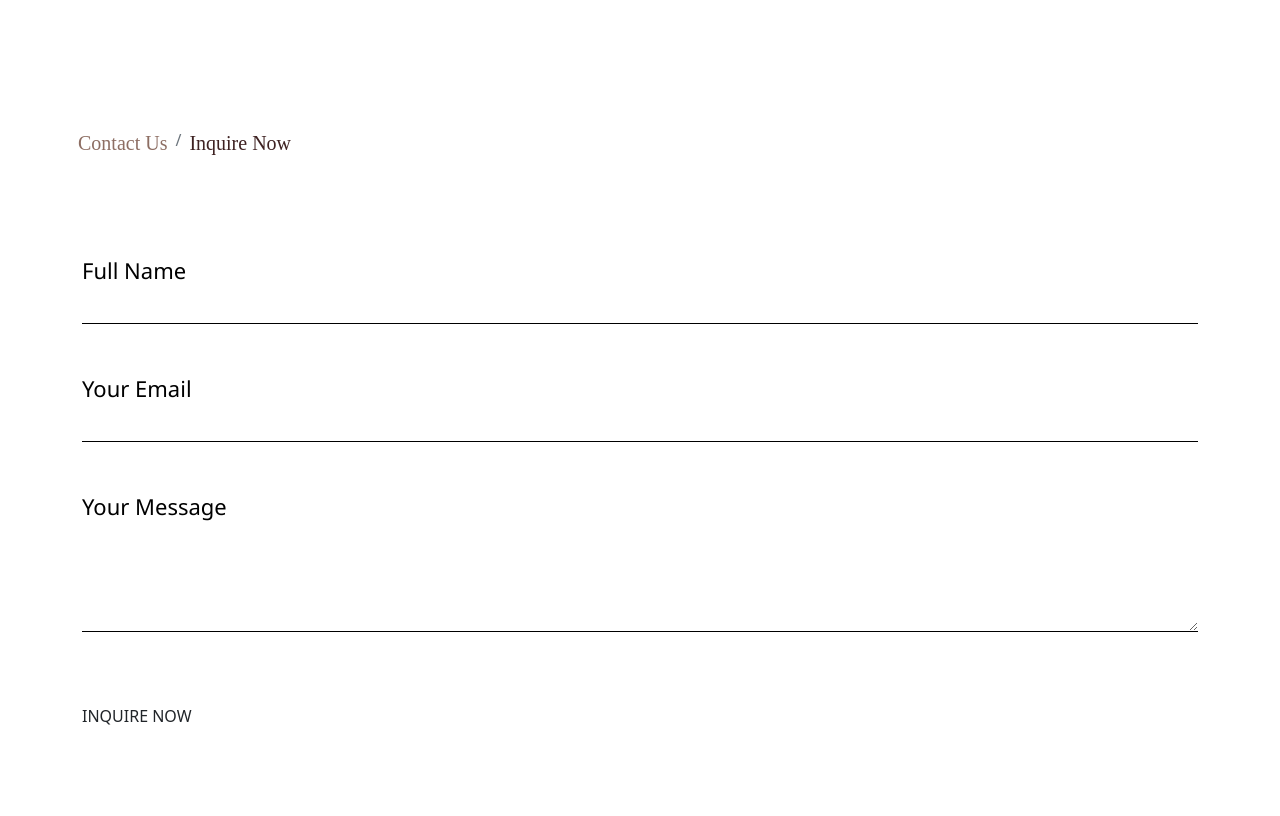
Repository: kaushalyaweerakoon/Plantation-Villa
Page: contact-us.html
These files come from the project's save history. The page is drawn as it stood at one moment and after the next save; the edit follows.
The browser window is 1280 px wide. The pictures show the part of the page from y = 1313 to 2129 px (the page is 2129 px tall before and 2033 px after).
Some web fonts or font styles are not loaded; a fallback is used.

Above is the page before, as saved 2022-08-15 16:20:18.
Not found: assets/js/main.js

### contact-us.html
<!doctype html>
<html lang="en">

<head>
    <meta charset="utf-8">
    <meta name="viewport" content="width=device-width, initial-scale=1">

    <title>Plantation Villa| News Inner</title>

    <!-- Bootstrap css -->
    <link href="https://cdn.jsdelivr.net/npm/bootstrap@5.2.0-beta1/dist/css/bootstrap.min.css" rel="stylesheet"
        integrity="sha384-0evHe/X+R7YkIZDRvuzKMRqM+OrBnVFBL6DOitfPri4tjfHxaWutUpFmBp4vmVor" crossorigin="anonymous">

    <!-- fonts -->
    <link href="http://fonts.cdnfonts.com/css/segoe-ui-4" rel="stylesheet">
    <link rel="preconnect" href="https://fonts.googleapis.com">
    <link rel="preconnect" href="https://fonts.gstatic.com" crossorigin>

    <!-- swiperJS -->
    <link rel="stylesheet" href="https://unpkg.com/swiper@8/swiper-bundle.min.css" />

    <!-- custom css -->
    <link rel="stylesheet" href="asserts/css/main.css">

</head>


<!-- Section 2-->
<section class="container mt-md-4 mt-3 mb-5 pb-4">
    <p class="title pt-3">CONTACT US</p>

    <div class="text-center" id="">
        <p class="text">
            Lorem ipsum dolor sit amet, consectetur adipiscing elit. Cras cursus velit eu efficitur ultricies. Ut
            interdum et ipsum quis mattis. Sed bibendum arcu non sodales euismod. Proin ac metus quis ligula tempus
            commodo id a nunc.
        </p>
    </div>
</section>

<div class="container pb-4">
    <!-- Breadcrumb -->
    <nav aria-label="" class="mt-5 mb-4 ">
        <ol class="breadcrumb">
            <li class="breadcrumb-item"><a href="" class="breadcrumb-text fs-13-px text-font-family">Contact
                    Us </a>
            <li class="breadcrumb-item"><a href="" aria-current="page"
                    class="breadcrumb-text active fs-13-px text-font-family">Get In Touch</a>
            </li>
        </ol>
    </nav>
    <!--/ Breadcrumb -->

    <div class="row gy-3 gx-4">
        <div class="col-md-4 col-xl-2 pe-xl-5">

            <div class="col-xl-12 pb-5">
                <p class="country-text">Sri Lanka</p>
                <p class="">Wattalaya Watta,<br>
                    Nehinna, Dodangoda,<br>
                    Kalutara, Sri Lanka</p>
                <ul class="list-unstyled">
                    <li><a class="mb-3 lh-lg text-dark text-decoration-none"
                            href="reservations@srimal.com">reservations@srimal.com</a>
                    </li>
                    <li><a class="text-dark text-decoration-none" href="tel:++090123456789">+090123456789</a></li>
                </ul>
            </div>
        </div>

        <div class="col-md-4 col-xl-2 pe-xl-5">
        </div>

        <div class="col-md-4 col-xl-2 pe-xl-5">
            <div class="col-xl-12 pb-5">
                <p class="country-text">UK</p>
                <p class="">Wattalaya Watta,<br>
                    Nehinna, Dodangoda,<br>
                    Kalutara, Sri Lanka</p>
                <ul class="list-unstyled">
                    <li><a class="mb-3 lh-lg text-dark text-decoration-none"
                            href="reservations@srimal.com">reservations@srimal.com</a>
                    </li>
                    <li><a class="text-dark text-decoration-none" href="tel:++090123456789">+090123456789</a></li>
                </ul>
            </div>

        </div>
    </div>
</div>


<!-- map section-->
<section class="container mt-md-4 mt-3 mb-5 pb-4">

    <div class="ratio" style="--bs-aspect-ratio: 50%;">
        <iframe
            src="https://www.google.com/maps/embed?pb=!1m14!1m8!1m3!1d52824.16461165647!2d80.37247646048803!3d7.61515466786648!3m2!1i1024!2i768!4f13.1!3m3!1m2!1s0x3ae333391ecc0a0d%3A0x8a95434c984a12bf!2sARALIYA%20HOTEL!5e0!3m2!1sen!2slk!4v1660547131912!5m2!1sen!2slk"
            width="600" height="450" style="border:0;" allowfullscreen="" loading="lazy"
            referrerpolicy="no-referrer-when-downgrade"></iframe>
    </div>
</section>
<!-- map section -->

<!-- Breadcrumb -->
<div class="container pb-4 p-2">
    <nav aria-label="" class="mt-5 mb-4 ">
        <ol class="breadcrumb">
            <li class="breadcrumb-item"><a href="" class="breadcrumb-text fs-13-px text-font-family">Contact
                    Us </a>
            <li class="breadcrumb-item"><a href="" aria-current="page"
                    class="breadcrumb-text active fs-13-px text-font-family">Inquire Now</a>
            </li>
        </ol>
    </nav>
</div>
<!--/ Breadcrumb -->
<section>
    <div class="container pb-4">
        <nav aria-label="" class="mt-5 mb-4 ">
            <div id="contact-us">
                <form>
                    <!-- <div class=""> -->
                    <div class="">
                        <label for="fullname" class="text">Full Name</label>
                        <input type="text" class="form-control" id="fullname" aria-describedby="emailHelp">
                    </div>
                    <div class="">
                        <div class="d-flex justify-content-between align-items-center">
                            <label for="emailaddress" class="mt-5 text">Your Email </label>
                        </div>
                        <input type="email" class="form-control" id="emailaddress" aria-describedby="emailHelp">
                    </div>

                    <div class="">
                        <label for="comment" class="mt-5 mb-lg-5 text">Your Message</label>
                        <textarea class="form-control h-auto" id="comment"></textarea>
                    </div>
                    <!-- </div> -->
                </form>
            </div>
        </nav>
    </div>
</section>

<section class="container mt-md-4 mt-3 mb-5 pb-4">
    <p class="">INQUIRE NOW</p>
    </div>
</section>



<!-- bootstrap -->
<script src="https://cdn.jsdelivr.net/npm/bootstrap@5.2.0-beta1/dist/js/bootstrap.bundle.min.js"
    integrity="sha384-pprn3073KE6tl6bjs2QrFaJGz5/SUsLqktiwsUTF55Jfv3qYSDhgCecCxMW52nD2"
    crossorigin="anonymous"></script>

<!-- swiperJS -->
<script src="https://unpkg.com/swiper@8/swiper-bundle.min.js"></script>

<!-- custom script -->
<script src="assets/js/main.js"></script>


</body>

</html>

### asserts/css/main.css
/* Call the root */
:root {
  --Lora-font: 'Lora';
  --Segoe-font: 'Segoe UI';

  --font-size-14px: 18px;
  --font-size-20px: 20px;
  --font-size-22px: 22px;
  --font-size-25px: 25px;
  --font-size-30px: 30px;
  --font-size-35px: 35px;
  --font-size-40px: 40px;

  --font-color-8d6e63: #8d6e63;
  --font-color-3e2222: #3e2222;
  --bggreen: #7d824a;
  --co-white: #ffffff;
}

/* Create clases for fronts */
.Lora-ff {
  font-family: var(--Lora-font);
}

.Segoe-ff {
  font-family: var(--Segoe-font);
}

/* Create clases for front sizes*/
.fs-18-px {
  font-size: var(--font-size-18px)
}

.fs-20-px {
  font-size: var(--font-size-20px)
}

.fs-22-px {
  font-size: var(--font-size-22px)
}

.fs-25-px {
  font-size: var(--font-size-22px)
}

.fs-30-px {
  font-size: var(--font-size-30px)
}

.fs-35-px {
  font-size: var(--font-size-35px)
}

.fs-40-px {
  font-size: var(--font-size-40px)
}

/* Color */
.txt-purple {
  color: var(--font-color-8d6e63)
}

.txt-red {
  color: var(--font-color-3e2222)
}

/* news inner */

/* Breadcrumb */
.breadcrumb-text {
  font-family: var(--Lora-font);
  text-decoration: none;
  color: var(--font-color-8d6e63);
  font-weight: normal;
  font-size: var(--font-size-20px);
}

.breadcrumb-text.active {
  color: var(--font-color-3e2222);
  text-decoration: none;
  font-weight: normal;
}

.breadcrumb-text:hover {
  font-family: var(--Lora-font);
  font-size: var(--font-size-35px);
  color: var(--font-color-8d6e63);
  text-decoration: none;
}

/* -- */

.newsinner-date {
  color: var(--font-color-8d6e63);
  font-family: var(--Segoe-font);
  font-size: var(--font-size-20px);
}

.newsinner-head {
  color: var(--font-color-3e2222);
  font-family: var(--Lora-font);
  font-size: 45px;
  font-weight: normal;
}

/* Heading */

.title {
  font-size: var(--font-size-30px);
  font-family: var(--Segoe-font);
  color: var(--font-color-8d6e63);
  text-align: center;
  margin-bottom: clamp(40px, 5vw, 71px);
}
.text{
  font-size: var(--font-size-22px);
  font-family: var(--Segoe-font);
  color: #000;
}

/* contact us */
.country-text {
  font-family: var(--Lora-font)!important;
  color: var(--font-color-3e2222);
  font-weight: normal;
  font-size: var(--font-size-30px);
}

form .form-control {
  border: 0;
  border-bottom: 1px solid black;
  border-radius: 0;
}

.form-control:focus {
  box-shadow: none;
  border-color: var(--bggreen);
}

After the next save:
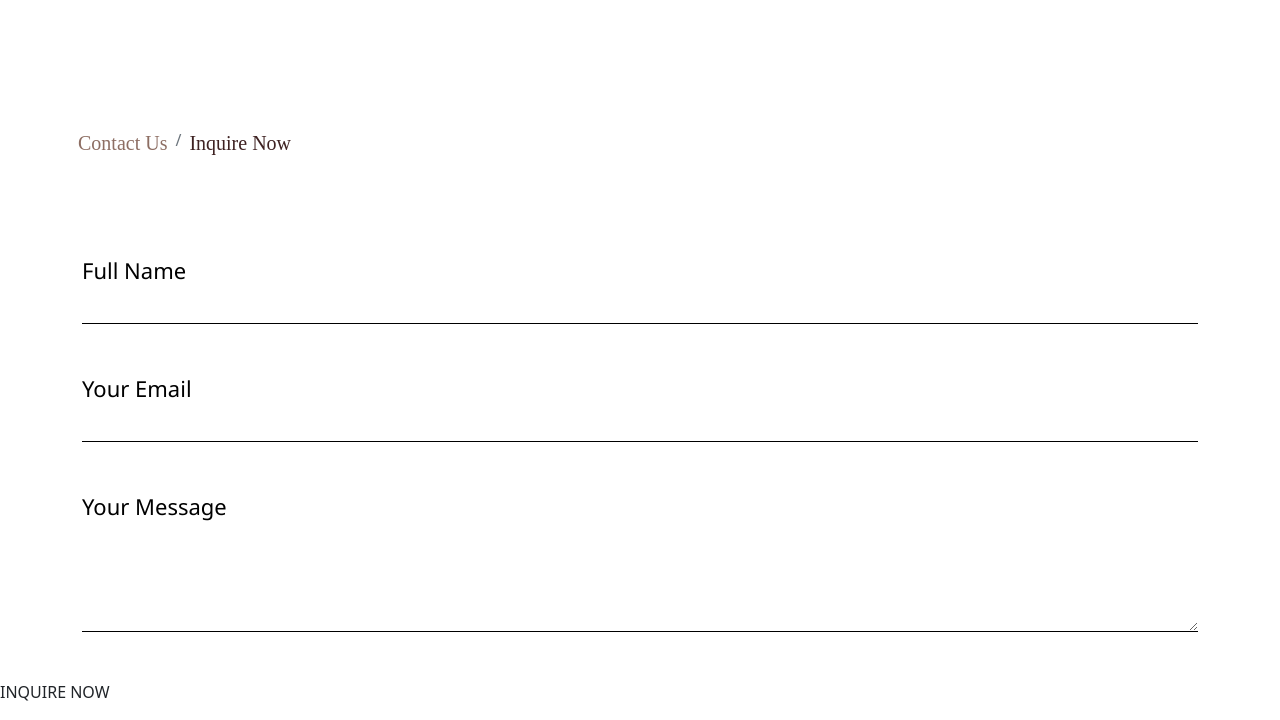
Saved 13 s later.
--- a/contact-us.html
+++ b/contact-us.html
@@ -143,7 +143,7 @@
     </div>
 </section>
 
-<section class="container mt-md-4 mt-3 mb-5 pb-4">
+<section class="">
     <p class="">INQUIRE NOW</p>
     </div>
 </section>

After the save that followed:
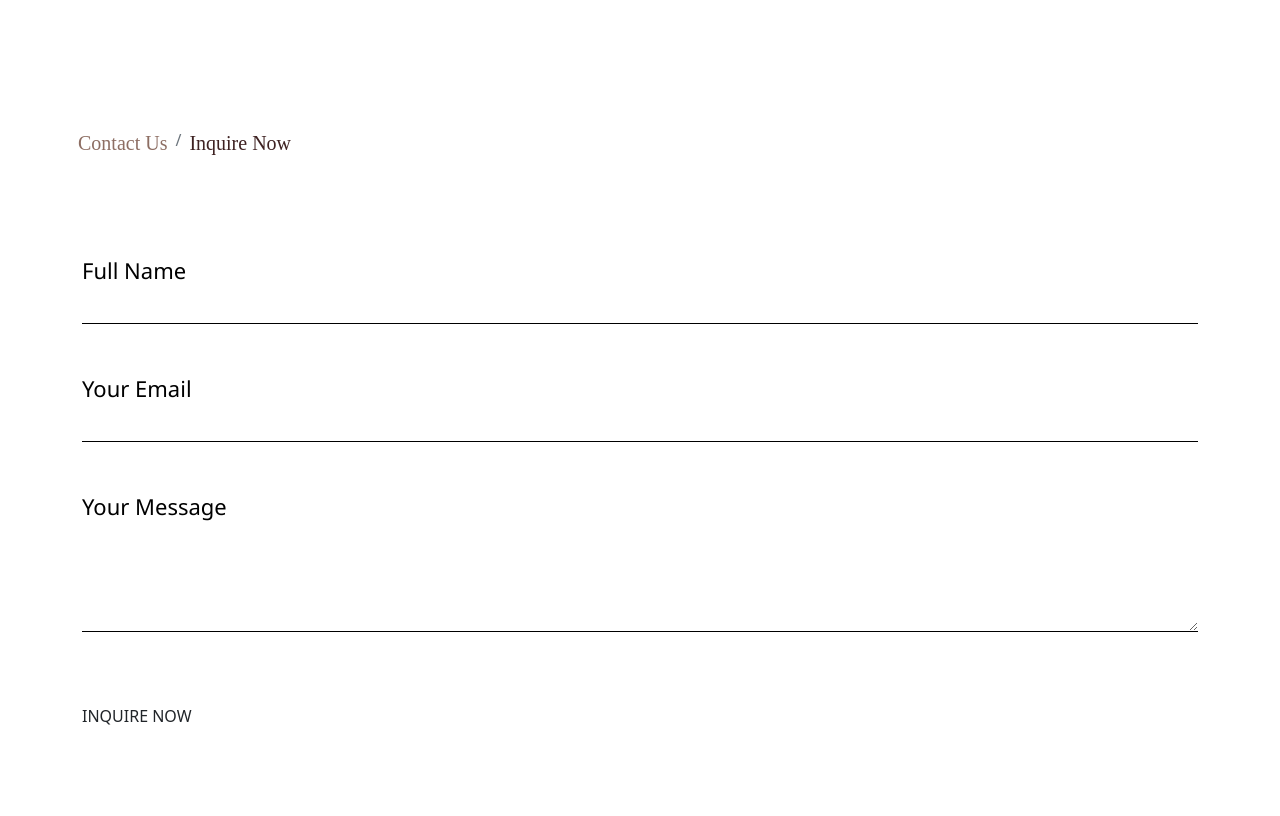
Saved 11 s later.
--- a/contact-us.html
+++ b/contact-us.html
@@ -143,7 +143,7 @@
     </div>
 </section>
 
-<section class="">
+<section class="container mt-md-4 mt-3 mb-5 pb-4">
     <p class="">INQUIRE NOW</p>
     </div>
 </section>
